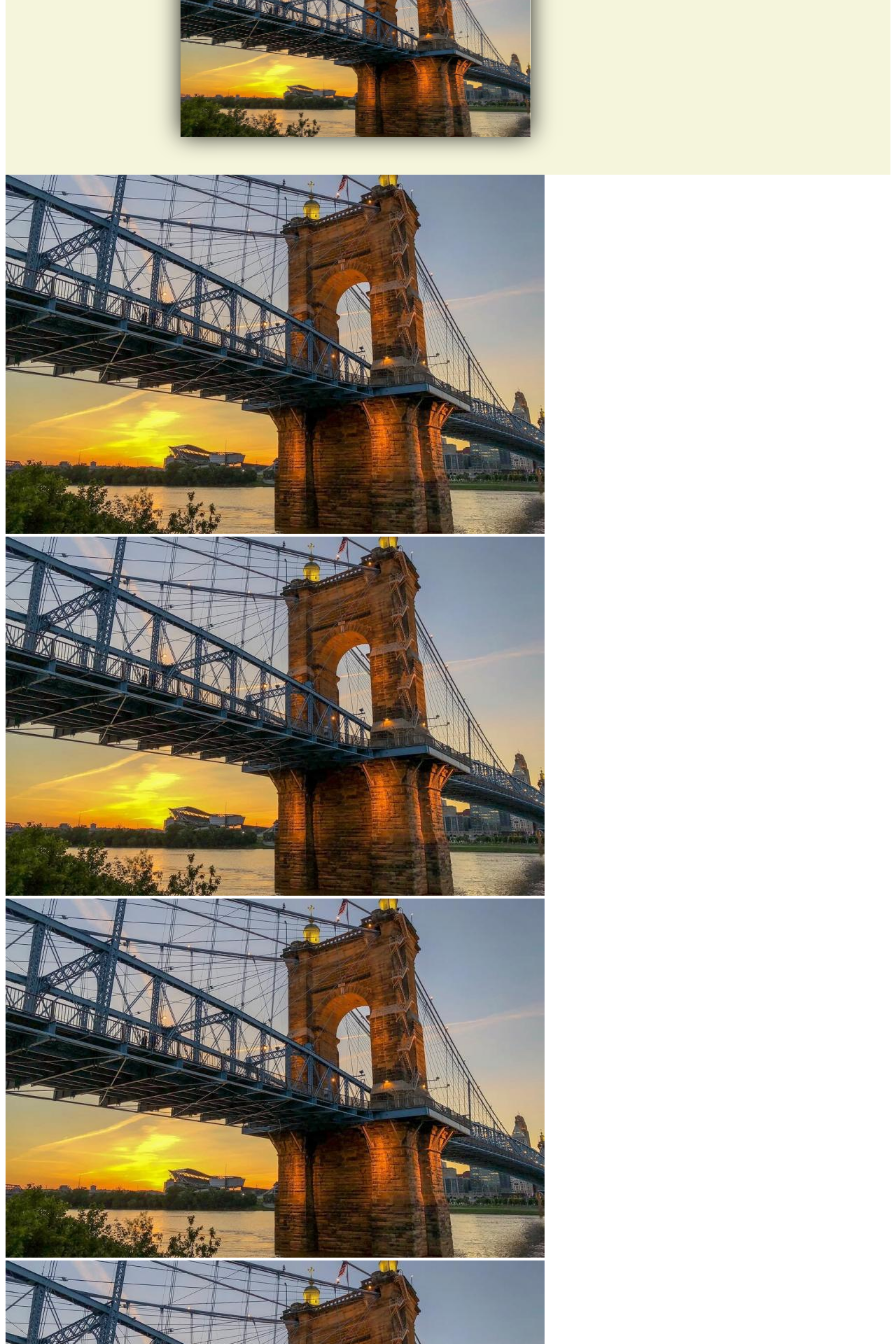
Repository: LtGriff/capstoneprogress
Page: index.html
The author's editor kept a copy of each file at every save. The page is drawn from the files as they stood at one save, then again after the next save.
The browser window is 1280 px wide. The pictures show the part of the page from y = 1844 to 3764 px (the page is 4687 px tall before and 4122 px after), at 70% of full size.

Above is the page before, as saved 2022-06-06 00:17:42.

### index.html
<!DOCTYPE html>
<html lang="en">
<head>
     <meta charset="UTF-8">
     <meta http-equiv="X-UA-Compatible" content="IE=edge">
     <meta name="viewport" content="width=device-width, initial-scale=1.0">
     <title>Document</title>
     <link rel="stylesheet" href="style.css">
</head>
<body>


     </html><nav id="main-menu">
     <ul class="nav-bar">
          <li class="nav-button-home"><a href="#">Home</a></li>
          <li class="nav-button-services"><a href="#">Services</a></li>
          <li class="nav-button-products"><a href="#">Products</a></li>
     </ul>
</nav>


<section class="gallery">
     <div class="picture">
          <img src="img/bridge.jpg" alt="bridge">


     </div>

     <div class="picture">
          <img src="img/bridge.jpg" alt="bridge">


     </div>

     <div class="picture">
          <img src="img/bridge.jpg" alt="bridge">


     </div>

     <div class="picture">
          <img src="img/bridge.jpg" alt="bridge">


     </div>


     <div class="picture">
          <img src="img/bridge.jpg" alt="bridge">


     </div>
</section>





<section class="gallerytwo">
     <div class="picture">
          <img src="img/bridge.jpg" alt="bridge">


     </div>

     <div class="picture">
          <img src="img/bridge.jpg" alt="bridge">


     </div>

     <div class="picture">
          <img src="img/bridge.jpg" alt="bridge">


     </div>

     <div class="picture">
          <img src="img/bridge.jpg" alt="bridge">


     </div>


     <div class="picture">
          <img src="img/bridge.jpg" alt="bridge">


     </div>
</section>


</body>

### style.css
body { font-family: sans-serif; }

#main-menu .nav-bar { list-style:none; margin-top: 40px; }
#main-menu .nav-bar li { display:inline; padding:0 10px; }

#main-menu .nav-bar li a {
  text-decoration: none;
  padding-left: 25px;
  text-transform: uppercase;
  color: #333;
	text-shadow: 1px 1px 1px #ccc;
}

.nav-bar .nav-button-home a { background:url("https://www.cheesetoast.co.uk/cheesepress/wp-content/uploads/2012/08/home.gif") no-repeat 0px -2px transparent; }

.nav-bar .nav-button-services a { background:url("https://www.cheesetoast.co.uk/cheesepress/wp-content/uploads/2012/08/services.gif") no-repeat 0px -2px transparent; }

.nav-bar .nav-button-products a { background:url("https://www.cheesetoast.co.uk/cheesepress/wp-content/uploads/2012/08/products.gif") no-repeat 0px -2px transparent; }


.gallery{
  display: flex;
  flex-direction: row;
  flex-wrap: wrap;
  justify-content: space-between;
  background-color: beige;
  height: 100%;
  padding: 0px 200px;
}

.gallery .picture{
  margin: 50px;
}

.gallery .picture img{
  width: 500px;
  height: 300px;
  box-shadow: 0px 0px 32px -1px rgba(0, 0, 0, 0.9);
}


.gallery2{
  display: flex;
  flex-direction: row;
  flex-wrap: wrap;
  justify-content: space-between;
  background-color: rgb(52, 52, 43);
  height: 100%;
  padding: 0px 200px;
}

.gallery2 .picture{
  margin: 50px;
}

.gallery2 .picture img{
  width: 500px;
  height: 300px;
  box-shadow: 0px 0px 32px -1px rgba(0, 0, 0, 0.9);
}

After the next save:
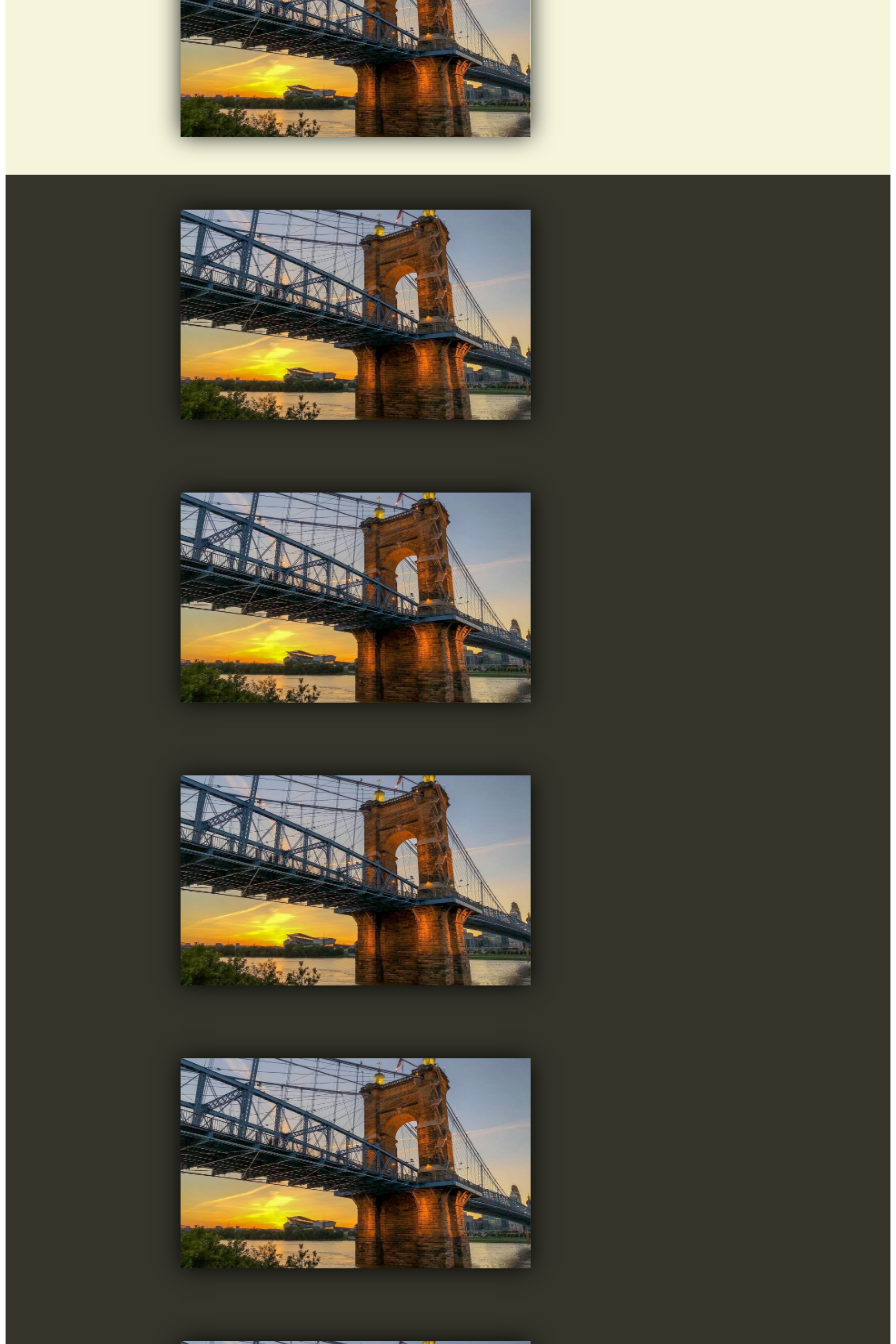
Saved 14 s later.
--- a/style.css
+++ b/style.css
@@ -39,7 +39,7 @@ body { font-family: sans-serif; }
 }
 
 
-.gallery2{
+.gallerytwo{
   display: flex;
   flex-direction: row;
   flex-wrap: wrap;
@@ -49,11 +49,11 @@ body { font-family: sans-serif; }
   padding: 0px 200px;
 }
 
-.gallery2 .picture{
+.gallerytwo .picture{
   margin: 50px;
 }
 
-.gallery2 .picture img{
+.gallerytwo .picture img{
   width: 500px;
   height: 300px;
   box-shadow: 0px 0px 32px -1px rgba(0, 0, 0, 0.9);
